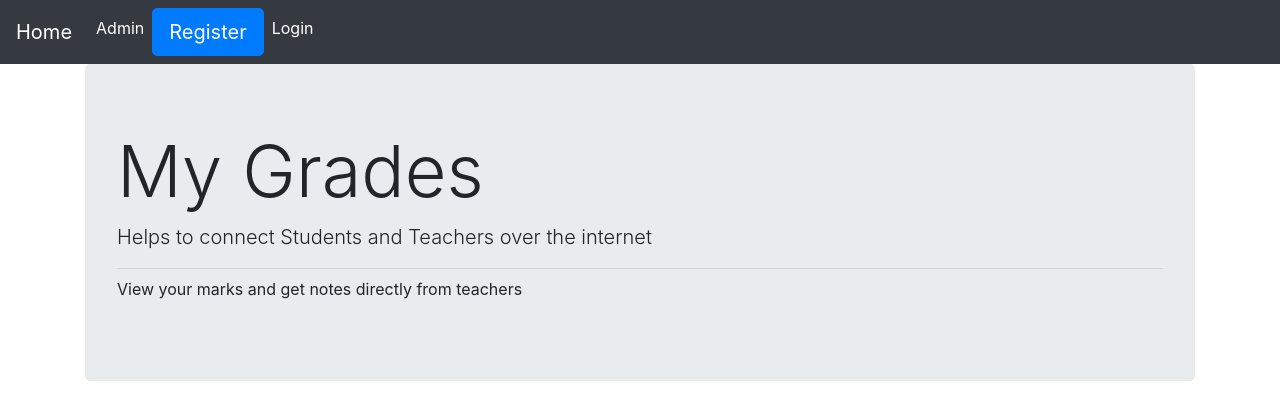
Repository: prabhat8701/nextgrowth_lab_task-main
Page: http://localhost/
These files come from the project's save history. The page is drawn as it stood at one moment and after the next save; the edit follows.
The browser window is 1280 px wide. The pictures show the whole page.
The page is served by the project's application, run on Django 4.2 (manage.py). Other server files are loaded and not shown.

Above is the page before, as saved 2023-07-30 20:12:41.

### nextgrowAi/SET_2/next_project/templates/gradesApp/index.html
{% extends 'gradesApp/base.html' %}
{% block body_block %}

<div class="jumbotron">
    <h1 class="display-3">My Grades</h1>
    <p class="lead">Helps to connect Students and Teachers over the internet</p>
    <hr class="my-2">
    <p>View your marks and get notes directly from teachers</p>
</div>

{% endblock %}

### nextgrowAi/SET_2/next_project/templates/gradesApp/base.html
<!DOCTYPE html>
<html lang="en">
<head>
    <meta charset="UTF-8">
    <meta name="viewport" content="width=device-width, initial-scale=1.0">
    <meta http-equiv="X-UA-Compatible" content="ie=edge">
    <title>myGrades</title>
    <link rel="stylesheet" href="https://stackpath.bootstrapcdn.com/bootstrap/4.3.1/css/bootstrap.min.css" integrity="sha384-ggOyR0iXCbMQv3Xipma34MD+dH/1fQ784/j6cY/iJTQUOhcWr7x9JvoRxT2MZw1T" crossorigin="anonymous">
</head>
<body>
    <nav class="navbar navbar-expand-sm navbar-dark bg-dark">
        <a class="navbar-brand" href="{% url 'index' %}">Home</a>
        <button class="navbar-toggler d-lg-none" type="button" data-toggle="collapse" data-target="#collapsibleNavId" aria-controls="collapsibleNavId"
            aria-expanded="false" aria-label="Toggle navigation"></button>
        <div class="collapse navbar-collapse" id="collapsibleNavId">
            <ul class="navbar-nav mr-auto mt-2 mt-lg-0">
                <li class="nav-item active">
                    <a class="nav-link" href="{% url "admin:index" %}">Admin</a>
                </li>
                <li class="nav-item active">
                    <a class="btn btn-primary btn-lg" href="{% url 'register' %}" role="button">Register</a>

                </li>
                {% if user.is_authenticated %}
                    <li class="nav-item active">
                        <a class="nav-link" href="{% url 'register' %}">Dashboard</a>

                    </li>
                    <li class="nav-item active">
                        <a class="nav-link" href="{% url 'logout' %}">Logout</a>
                    </li>
                {% else %}
                    <li class="nav-item active">

                        <a class="nav-link" href="{% url 'userLogin' %}">Login</a>

                    </li>
                {% endif %}

            </ul>

        </div>
    </nav>
    <div class="container">
        {% block body_block %}
        {% endblock %}
    </div>
</body>
</html>

### nextgrowAi/SET_2/next_project/next_app/views.py
from django.shortcuts import render

# Create your views here.
from django.shortcuts import render

# Create your views here.
from django.shortcuts import render,redirect
from next_app.forms import Admin_User_Form,Common_User_Form,Admin_User_AddForm,Common_User_AddForm
from django.http import HttpResponse,HttpResponseRedirect
from django.contrib.auth.decorators import login_required
from django.urls import reverse
from django.contrib.auth import authenticate,login,logout
from next_app.models import Admin_User,Common_User
from django.contrib.auth.models import User

# Create your views here.

def index(request):
    return render(request,'gradesApp/index.html')


@login_required
def userLogout(request):
    logout(request)
    return HttpResponseRedirect(reverse('index'))


def register(request):
    return render(request,'gradesApp/register.html')

def registeradmin(request):
    registered=False
    if request.method=='POST':
        var_adminForm=Admin_User_Form(request.POST)
        var_adminAddForm=Admin_User_AddForm(request.POST)
        if var_adminForm.is_valid()and var_adminAddForm.is_valid():
            adminprimary=var_adminForm.save()
            adminprimary.set_password(adminprimary.password)
            adminprimary.save()
            adminAdd=var_adminAddForm.save(commit=False)
            adminAdd.admin_user=adminprimary
            adminAdd.save()
            registered=True
    else:
        var_adminForm=Admin_User_Form()
        var_adminAddForm=Admin_User_AddForm()
    data={
        'var_adminForm':var_adminForm,
        'var_adminAddForm':var_adminAddForm,
        'registered':registered
        }
    return render(request,'gradesApp/registeradmin.html',data)


def registeruser(request):
    registered=False
    if request.method=='POST':
        var_userForm=Common_User_Form(request.POST)
        var_userAddForm=Common_User_AddForm(request.POST)
        if var_userForm.is_valid()and var_userAddForm.is_valid():
            userprimary=var_userForm.save()
            userprimary.set_password(userprimary.password)
            userprimary.save()
            userAdd=var_userAddForm.save(commit=False)
            userAdd.common_user=userprimary
            userAdd.save()
            registered=True
    else:
        var_userForm=Common_User_Form()
        var_userAddForm=Common_User_AddForm()
    data={
        'var_userForm':var_userForm,
        'var_userAddForm':var_userAddForm,
        'registered':registered}
    return render(request,'gradesApp/registeruser.html',data)

def userLogin(request):
    invalidlogin=False
    if request.method=='POST':
        username=request.POST.get('username')
        password=request.POST.get('password')
        user=authenticate(username=username,password=password)
        if user:
            if user.is_active:
                login(request,user)
                return HttpResponseRedirect(reverse('index'))
            else:
                return HttpResponse('Account not active')
        else:
            invalidlogin=True
            return redirect('/gradesApp/login/')
    else:
        return render(request,'gradesApp/login.html',{'invalidlogin':invalidlogin})


# from django.shortcuts import render, redirect
# from .models import Admin_User, Common_User
# from django.contrib.auth.decorators import login_required

@login_required
def dashboard(request):
    print("request",request.user)
    try:
        current=Admin_User.objects.get(admin_user=request.user)
        print("current",current)
        is_admin_user = True
    except Admin_User.DoesNotExist:
        current=Common_User.objects.get(common_user=request.user)
        print("current",current)
        is_admin_user = False

    if is_admin_user:
        return redirect('/studentDash/')
    else:
        return redirect('/teacherDash/')
    return render(request,'gradesApp/dashboard.html')




from django.shortcuts import render, redirect
from .models import Admin_User, Common_User
from django.contrib.auth.decorators import login_required


# @login_required
# def dashboard(request):
#     print("request", request.user)
#     try:
#         # Try to fetch the Admin_User object for the current user
#         current = Admin_User.objects.get(admin_user=request.user)
#         is_admin_user = True
#     except Admin_User.DoesNotExist:
#         # If Admin_User object is not found, try fetching Common_User object
#         try:
#             current = Common_User.objects.get(common_user=request.user)
#             is_admin_user = False
#         except Common_User.DoesNotExist:
#             # If neither Admin_User nor Common_User object is found, handle the situation here
#             # For example, you might want to redirect to a page showing an error message
#             return render(request, 'gradesApp/error.html')

    # if is_admin_user:
    #     return redirect('/studentDash/')
    # else:
    #     return redirect('/teacherDash/')




def studentDash(request):
    return render(request,'gradesApp/studentDash.html')

def teacherDash(request):
    return render(request,'gradesApp/teacherDash.html')

### nextgrowAi/SET_2/next_project/next_project/urls.py
"""next_project URL Configuration

The `urlpatterns` list routes URLs to views. For more information please see:
    https://docs.djangoproject.com/en/4.1/topics/http/urls/
Examples:
Function views
    1. Add an import:  from my_app import views
    2. Add a URL to urlpatterns:  path('', views.home, name='home')
Class-based views
    1. Add an import:  from other_app.views import Home
    2. Add a URL to urlpatterns:  path('', Home.as_view(), name='home')
Including another URLconf
    1. Import the include() function: from django.urls import include, path
    2. Add a URL to urlpatterns:  path('blog/', include('blog.urls'))
"""
from django.contrib import admin
from django.urls import path,include
from next_app import views
urlpatterns = [
    path('next_app/',include('next_app.urls')),
    path('',views.index,name='index'),
    path('admin/', admin.site.urls),
    path('logout/',views.userLogout,name='logout'),
    path('studentDash/',views.studentDash,name='studentDash'),
    path('teacherDash/',views.teacherDash,name='teacherDash'),

]

### nextgrowAi/SET_2/next_project/next_app/urls.py
from django.urls import path
from next_app import views

# app_name='gradesApp'

urlpatterns = [
    path('',views.index,name='index'),
    path('register/',views.register,name='register'),

    path('registeradmin/',views.registeradmin,name='registeradmin'),
    path('registeruser/',views.registeruser,name='registeruser'),

    path('login/',views.userLogin,name='userLogin'),
    path('dashboard',views.dashboard,name='dashboard'),

]

After the next save:
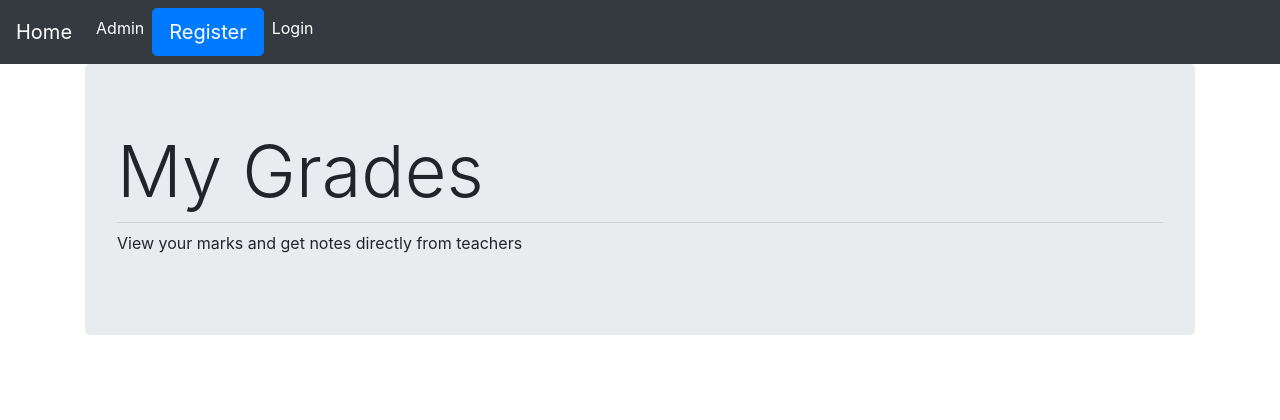
Saved 22 s later.
--- a/nextgrowAi/SET_2/next_project/templates/gradesApp/index.html
+++ b/nextgrowAi/SET_2/next_project/templates/gradesApp/index.html
@@ -3,7 +3,6 @@
 
 <div class="jumbotron">
     <h1 class="display-3">My Grades</h1>
-    <p class="lead">Helps to connect Students and Teachers over the internet</p>
     <hr class="my-2">
     <p>View your marks and get notes directly from teachers</p>
 </div>
